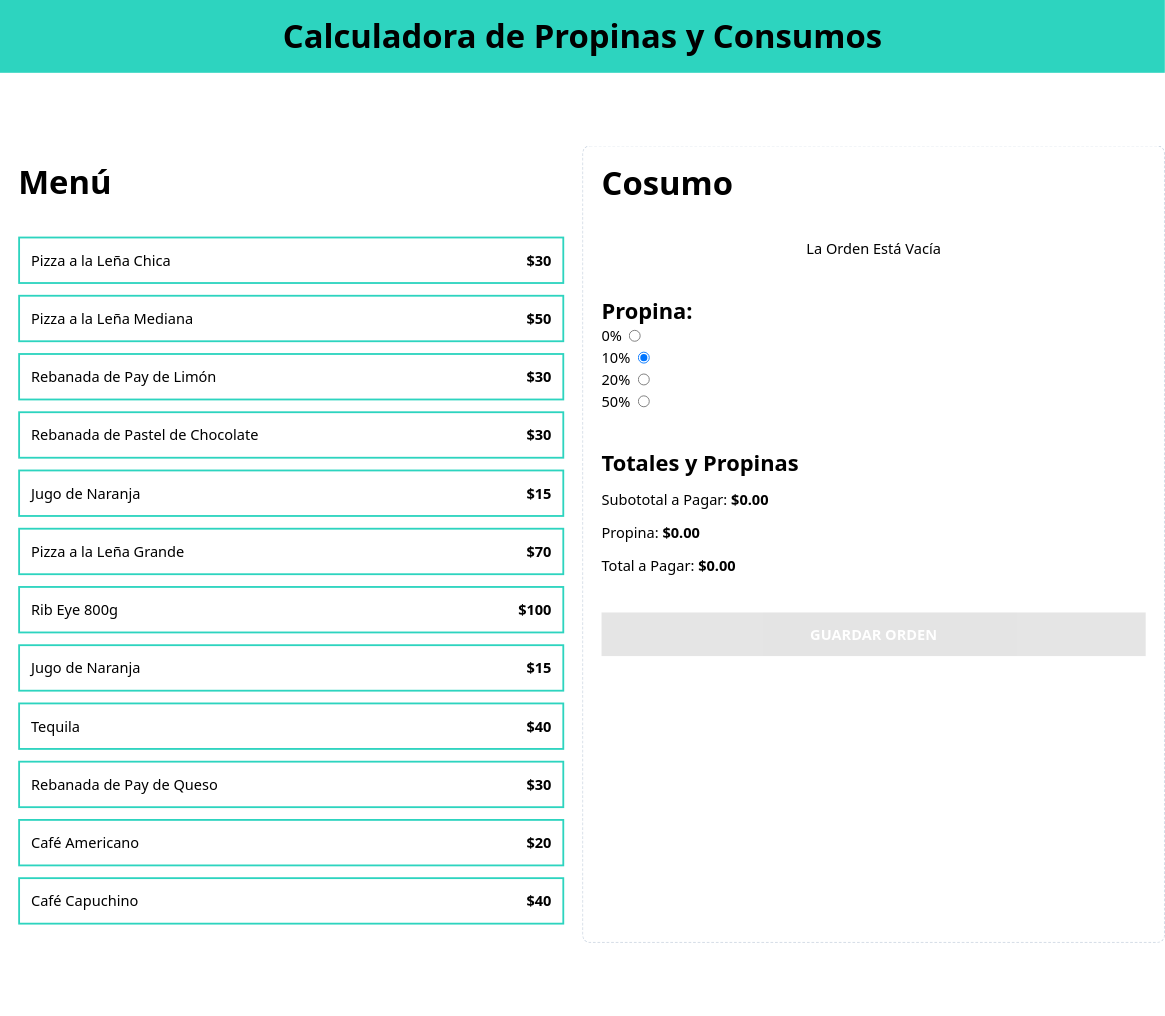
Repository: Matiiu/tip-calculator
Page: /
An editor plug-in stored every save of this project. The page is shown before and after a run of saves, followed by the edit.
The browser window is 1280 px wide. The pictures show the whole page, at 91% of full size.
The project was rebuilt for these pictures with package versions that can differ from the ones it lists, and the page was loaded fresh each time. Also part of the build but not shown: vite.config.ts. Imported but missing from the stored project, and not drawn on this page: .history/src/helpers/index_20240329155241.

Above is the page before, as saved 2024-03-30 14:48:45.

After the next 2 saves:
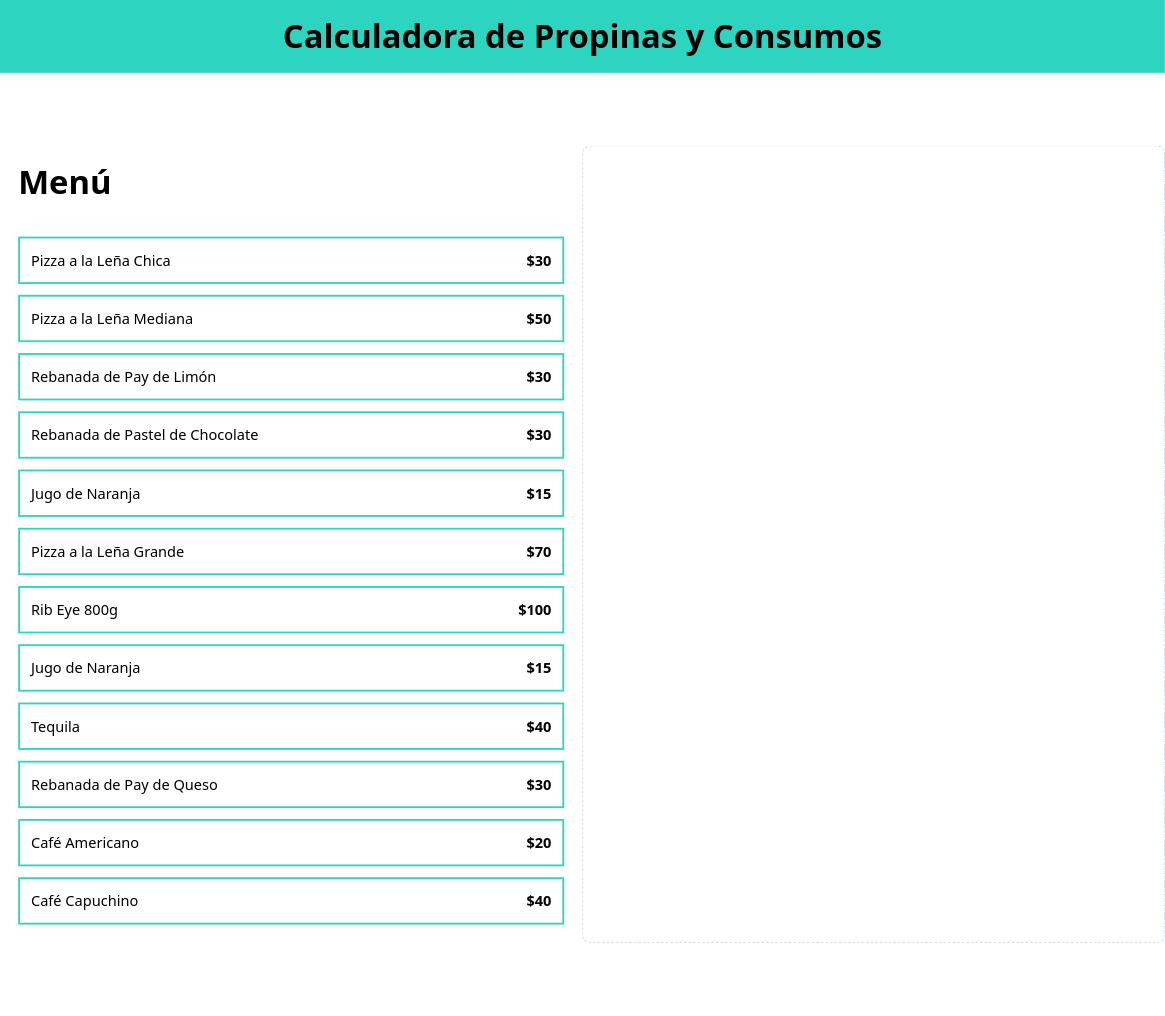
The 2 saves are shown as one change because 1 did not build or start.
The last was saved 7 min 41 s later.
--- a/src/App.tsx
+++ b/src/App.tsx
@@ -35,14 +35,20 @@ export default function App() {
         </div>
 
         <div className=" border border-dashed border-slate-300 p-5 rounded-lg space-y-10">
-          <OrderContents order={order} removeItem={removeItem} />
-          <TipPorcentageForm tip={tip} setTip={setTip} />
-          <OrderTotal
-            subtotal={subtotal}
-            tipAmount={tipAmount}
-            total={total}
-            placeOrder={placeOrder}
-          />
+          {!order.length ? (
+            <div></div>
+          ) : (
+            <>
+              <OrderContents order={order} removeItem={removeItem} />
+              <TipPorcentageForm tip={tip} setTip={setTip} />
+              <OrderTotal
+                subtotal={subtotal}
+                tipAmount={tipAmount}
+                total={total}
+                placeOrder={placeOrder}
+              />
+            </>
+          )}
         </div>
       </main>
     </>
